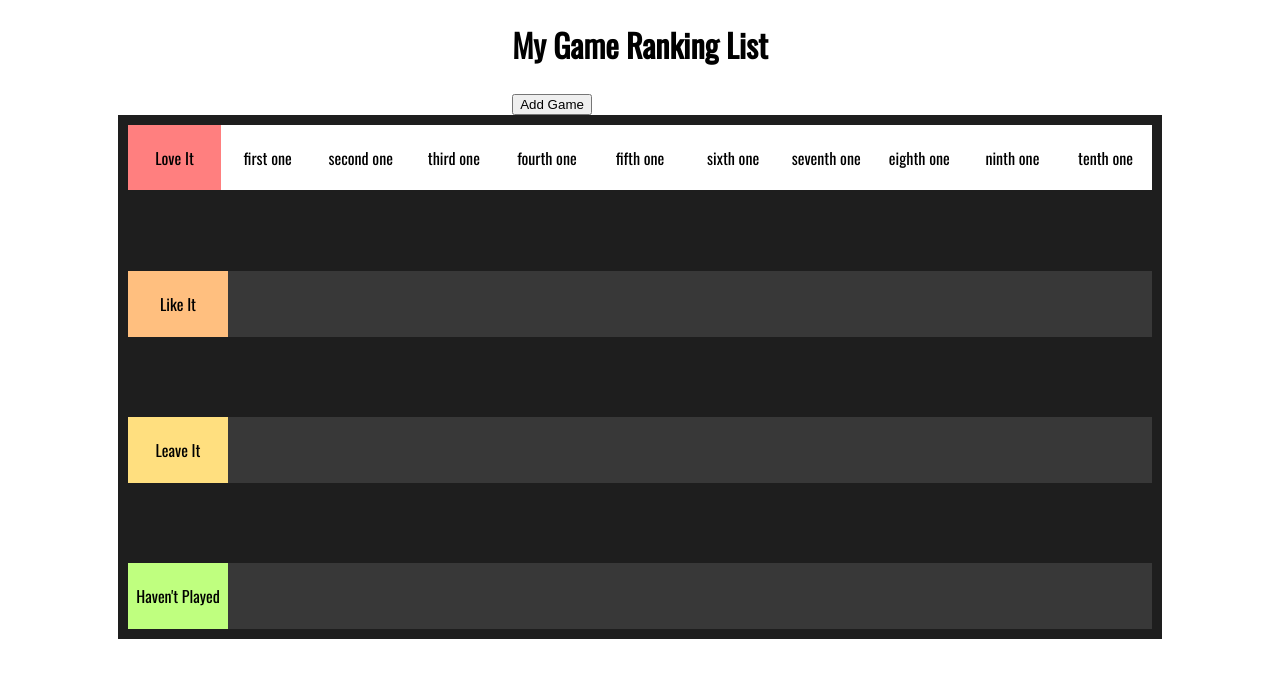
Repository: akiachenise/akiachenise.github.io
Page: JackboxGames_TierList_vanilla/index.html
These files come from the project's save history. The page is drawn as it stood at one moment and after the next save; the edit follows.
The browser window is 1280 px wide. The pictures show the whole page.

Above is the page before, as saved 2022-11-26 16:09:54.

### JackboxGames_TierList_vanilla/index.html
<!DOCTYPE html>
<!--[if lt IE 7]>      <html class="no-js lt-ie9 lt-ie8 lt-ie7"> <![endif]-->
<!--[if IE 7]>         <html class="no-js lt-ie9 lt-ie8"> <![endif]-->
<!--[if IE 8]>         <html class="no-js lt-ie9"> <![endif]-->
<!--[if gt IE 8]>      <html class="no-js"> <!--<![endif]-->
<html lang="en-US">
  <head>
    <meta charset="utf-8" />
    <meta http-equiv="X-UA-Compatible" content="IE=edge" />
    <title>My Game Ranking List</title>
    <meta name="description" content="My Game Ranking" />
    <meta name="viewport" content="width=device-width, initial-scale=1" />
    <link rel="stylesheet" type="text/css" href="css/stylesheet.css" />
    <link rel="stylesheet" href="https://fonts.googleapis.com/css?family=Oswald">
  </head>
  <body>
    <!--[if lt IE 7]>
      <p class="browsehappy">
        You are using an <strong>outdated</strong> browser. Please
        <a href="#">upgrade your browser</a> to improve your experience.
      </p>
    <![endif]-->
    <span class="headerContainer">
        <h1>My Game Ranking List</h1>
        <button id="addCard">Add Game</button>
    </span>
    <div id="board">
        <div class = "row">
            <div class = "label">Love It</div>
            <div class="card" id="first" draggable="true">first one</div>
            <div class="card" id="second" draggable="true">second one</div>
            <div class="card" id="third" draggable="true">third one</div>
            <div class="card" id="fourth" draggable="true">fourth one</div>
            <div class="card" id="fifth" draggable="true">fifth one</div>
            <div class="card" id="sixth" draggable="true">sixth one</div>
            <div class="card" id="seventh" draggable="true">seventh one</div>
            <div class="card" id="eighth" draggable="true">eighth one</div>
            <div class="card" id="ninth" draggable="true">ninth one</div>
            <div class="card" id="ninth" draggable="true">tenth one</div>

        </div>
        <div class = "row">
            <div class = "label">Like It</div>
        </div>
        <div class = "row">
            <div class = "label">Leave It</div>
        </div>
        <div class = "row">
            <div class = "label">Haven't Played</div>
        </div>

    </div>


    <script src="js/cards.js" async defer></script>
    <script src="js/rows.js" async defer></script>
  </body>
</html>

### JackboxGames_TierList_vanilla/css/stylesheet.css
body {
    font-family: 'Oswald';
    margin: 0;
    display: flex;
    flex-direction: column;
    align-items: center;
    justify-content: center;
}
.headercontainer {
    display: flex;
    width: 100vw;
}

#board {
    display: flex;
    flex-direction: column;
    align-items: center;
    justify-content: space-between;
    padding: 10px;
    width: 80vw;
    height: 70vh;
    background-color: rgb(30, 30, 30);
}

.row {
    display: flex;
    width: 100%;
    height: 13%;
    background-color: rgb(56, 56, 56);
}

.label {
    display: flex;
    justify-content: center;
    align-items: center;
    height: 100%;
    width: 100px;
    background-color: orange;
}

.card {
    height: 100%;
    width: 100px;
    display: flex;
    justify-content: center;
    align-items: center;
    background-color: white;
}

### JackboxGames_TierList_vanilla/js/cards.js
const cards = document.querySelectorAll('.card');

const onDragStart = (event) => {
    console.log('dragging the element');
    event.dataTransfer.setData('id', event.target.id);
    setTimeout(() => {
        event.target.style.visibility = 'hidden';
    }, 50)
}

const onDragEnd = (event) => {
    event.target.style.visibility = 'visible';
    console.log('ended the drag');
}

cards.forEach((card) => {
    card.ondragstart = onDragStart;
    card.ondragend = onDragEnd;


})

### JackboxGames_TierList_vanilla/js/rows.js
const rows = document.querySelectorAll('.row');
const colorRanks = ['rgb(255, 127, 127)', 'rgb(255, 191, 127)', 'rgb(255, 223, 127)' , 'rgb(191, 255, 127)'];

const onDragOver = (event) => {
    event.preventDefault();
}

const onDrop = (event) => {
   event.preventDefault();
   const draggedCardId = event.dataTransfer.getData('id');
   const draggedCard = document.getElementById(draggedCardId);
   event.target.appendChild(draggedCard);
   console.log('dropped the element');
}

rows.forEach((row, index) => {
    const label = row.querySelector('.label');
    label.style.backgroundColor = colorRanks[index];
    row.ondragover = onDragOver;
    row.ondrop = onDrop;
})

After the next save:
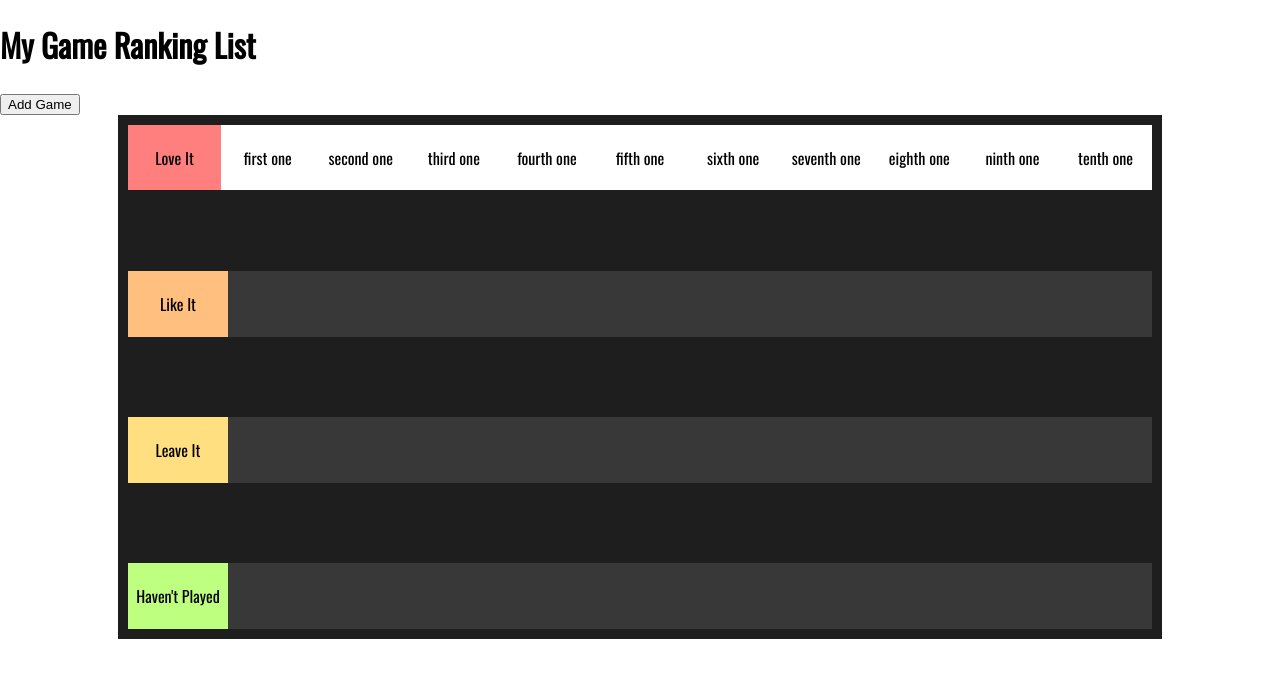
Saved 31 s later.
--- a/JackboxGames_TierList_vanilla/css/stylesheet.css
+++ b/JackboxGames_TierList_vanilla/css/stylesheet.css
@@ -6,8 +6,8 @@ body {
     align-items: center;
     justify-content: center;
 }
-.headercontainer {
-    display: flex;
+.headerContainer {
+    display: block;
     width: 100vw;
 }
 
